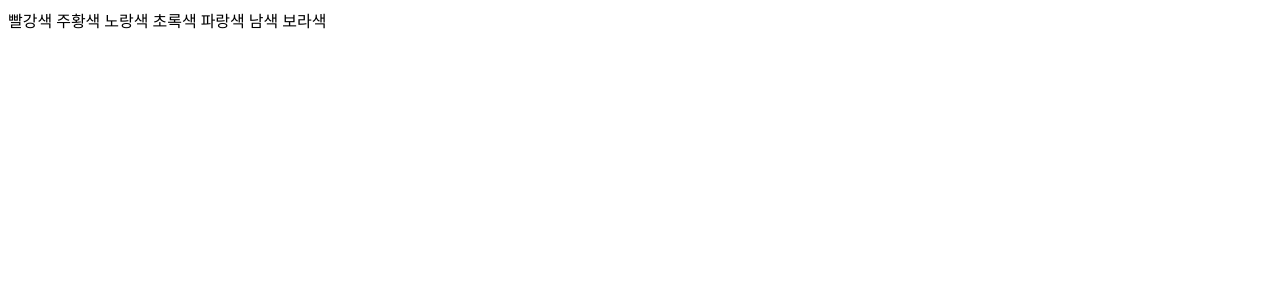
Repository: fatesky25/JSPprogram
Page: http://localhost/ServletProject/jstl/forEx06.jsp
An editor plug-in stored every save of this project. The page is shown before and after the next save, followed by the edit.
The browser window is 1280 px wide. The pictures show the whole page.
The page is served by Tomcat 9. Nobody is signed in. The application's start-up code is not run. Other server files are loaded and not shown.

Above is the page before, as saved 2023-02-16 05:21:18.

### ServletProject/src/main/webapp/jstl/forEx06.jsp
<%@ page language="java" contentType="text/html; charset=UTF-8"
    pageEncoding="UTF-8"%>
<%@ taglib prefix="c" uri="http://java.sun.com/jsp/jstl/core" %>
<!DOCTYPE html>
<html>
<head>
<meta charset="UTF-8">
<title></title>
</head>
<body>
<c:forTokens var="token"
items="빨강색,주황색.노랑색.초록색,파랑색,남색.보라색"
delims=",.">
${token}
</c:forTokens>
</body>
</html>

After the next save:
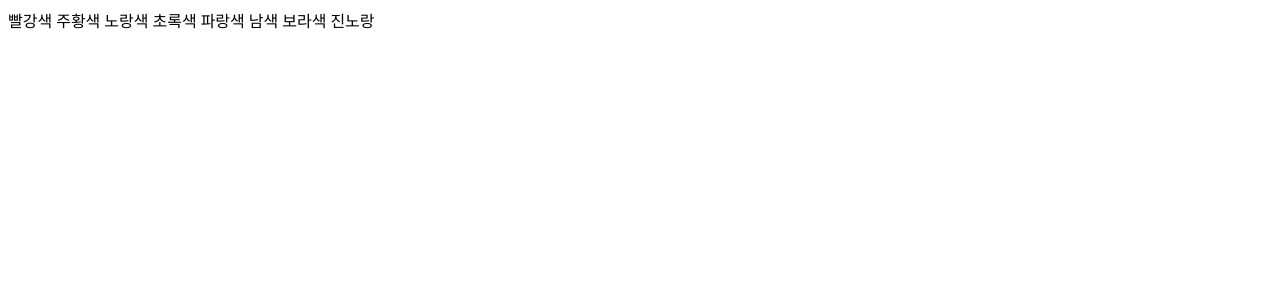
Saved 37 s later.
--- a/ServletProject/src/main/webapp/jstl/forEx06.jsp
+++ b/ServletProject/src/main/webapp/jstl/forEx06.jsp
@@ -9,8 +9,8 @@
 </head>
 <body>
 <c:forTokens var="token"
-items="빨강색,주황색.노랑색.초록색,파랑색,남색.보라색"
-delims=",.">
+items="빨강색,주황색.노랑색.초록색,파랑색,남색.보라색/진노랑"
+delims=",./">
 ${token}
 </c:forTokens>
 </body>
